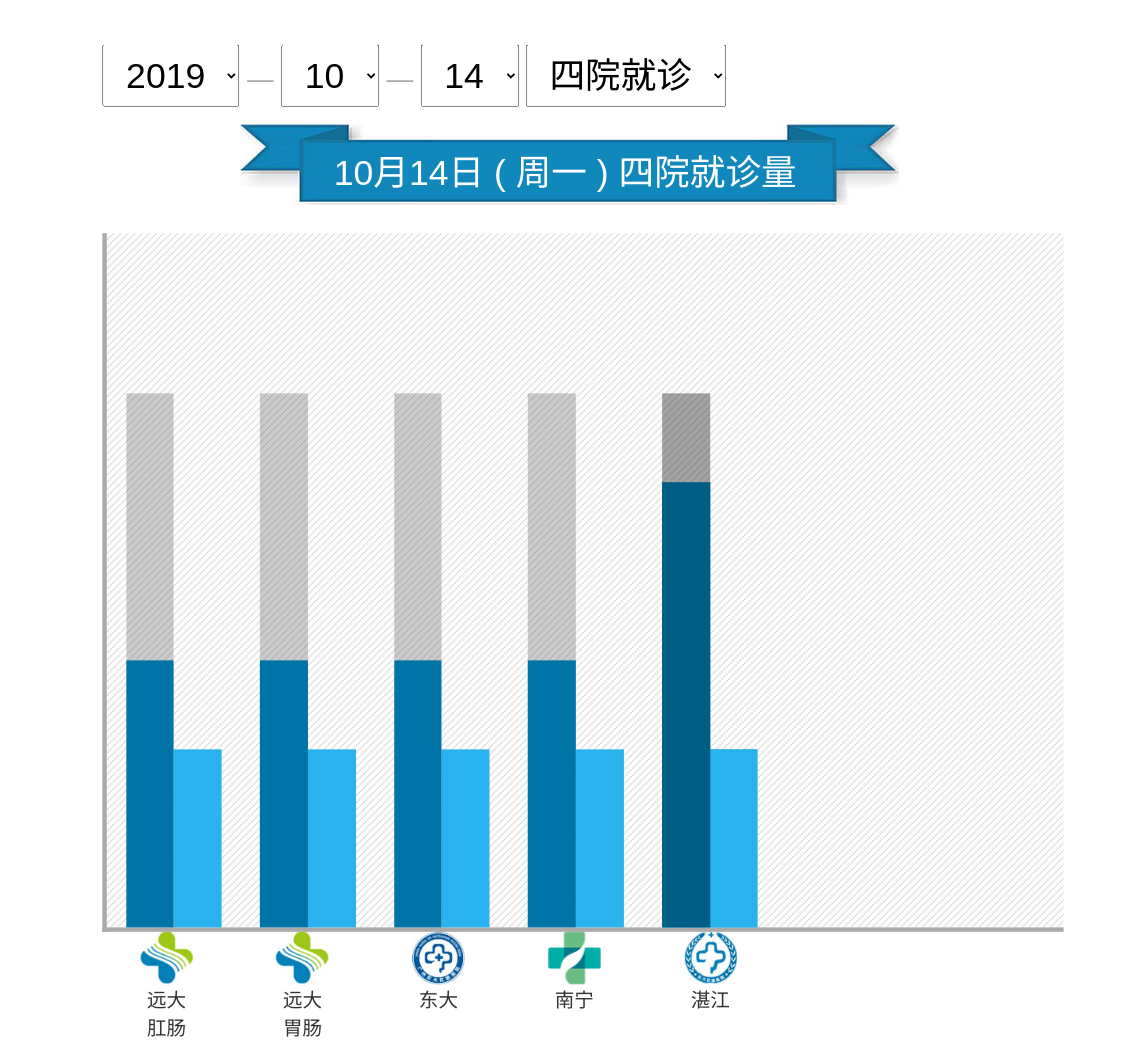
Repository: jerryyan/project
Page: http://localhost/m/jzchart.php
The author's editor kept a copy of each file at every save. The page is drawn from the files as they stood at one save, then again after the next save.
The browser window is 1280 px wide. The pictures show the whole page, at 89% of full size.
The page is run by PHP 8.4 with error messages shown; the project is at /var/www/html/. The session is filled in as if someone had signed in: {"name": "admin"}.

Above is the page before, as saved 2019-10-14 16:23:57.

After the next save:
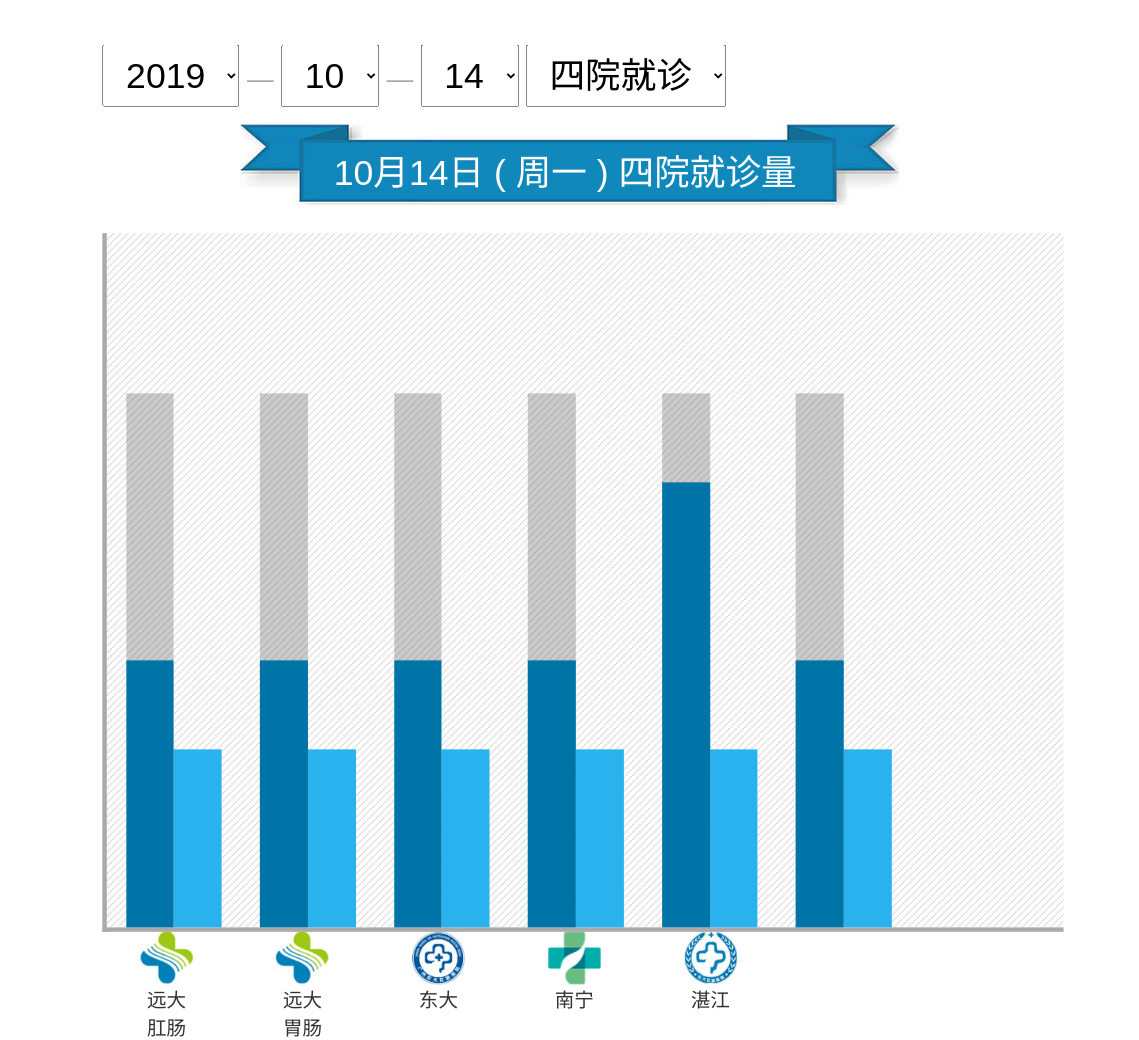
Saved 8 s later.
--- a/m/jzchart.php
+++ b/m/jzchart.php
@@ -73,10 +73,10 @@
                     <div class="zj_2"><span></span></div>
                     <div class="zj_3"><span></span></div>
                 </div>
-                <div class="zj">
-                    <div class="zj_1"><span></span></div>
-                    <div class="zj_2"><span></span></div>
-                    <div class="zj_3"><span></span></div>
+                <div class="ty">
+                    <div class="ty_1"><span></span></div>
+                    <div class="ty_2"><span></span></div>
+                    <div class="ty_3"><span></span></div>
                 </div>
             </div>
             <div class="logo">
